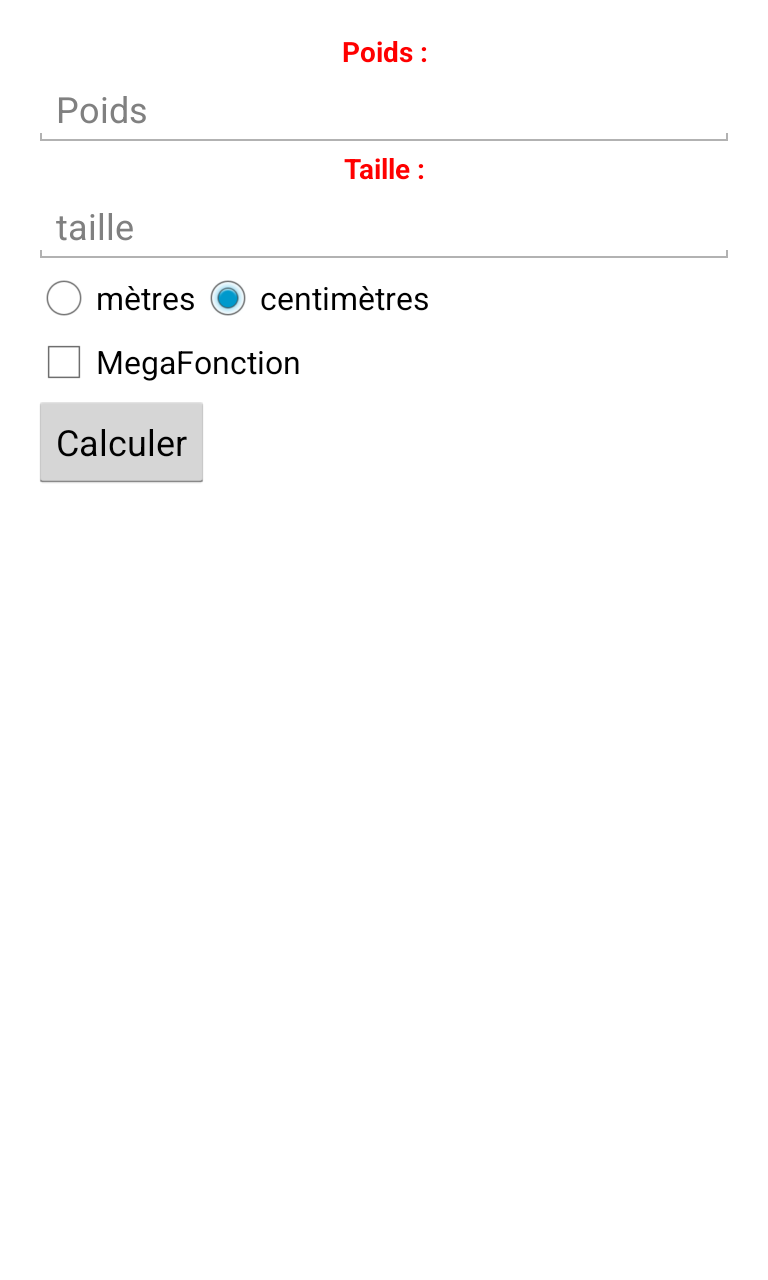
Repository: mikaelpopowicz/cours
Layout: graph/test/res/layout/activity_main.xml
An editor plug-in stored every save of this project. The layout is shown before and after the next save, followed by the edit.
It is drawn on a 768 x 1280 px phone screen (xhdpi) without system bars, with theme AppTheme; the app's code is not run.

Above is the layout before, as saved 2014-02-26 22:49:49.

After the next save:
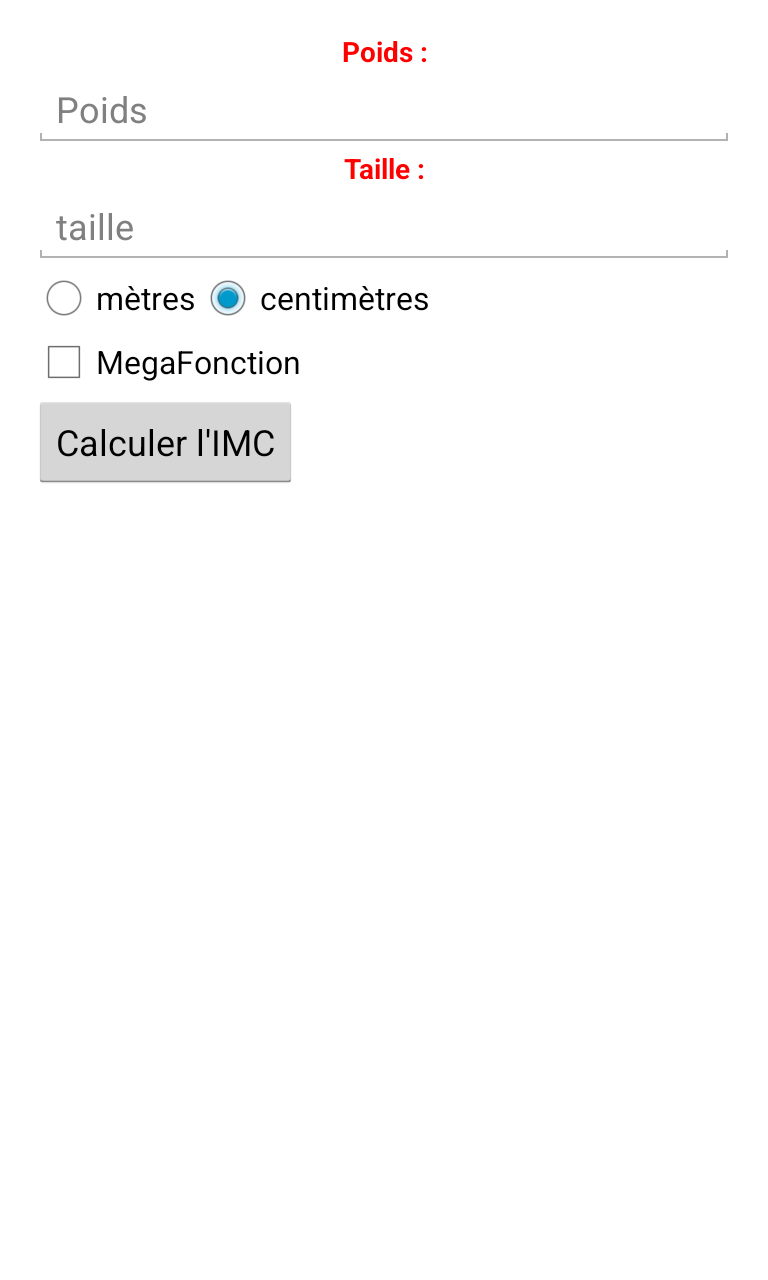
Saved 10 s later.
--- a/graph/test/res/layout/activity_main.xml
+++ b/graph/test/res/layout/activity_main.xml
@@ -63,6 +63,6 @@
         android:id="@+id/calcul"
         android:layout_width="wrap_content"
         android:layout_height="wrap_content"
-        android:text="Calculer"/>
+        android:text="Calculer l'IMC"/>
 
 </LinearLayout>
